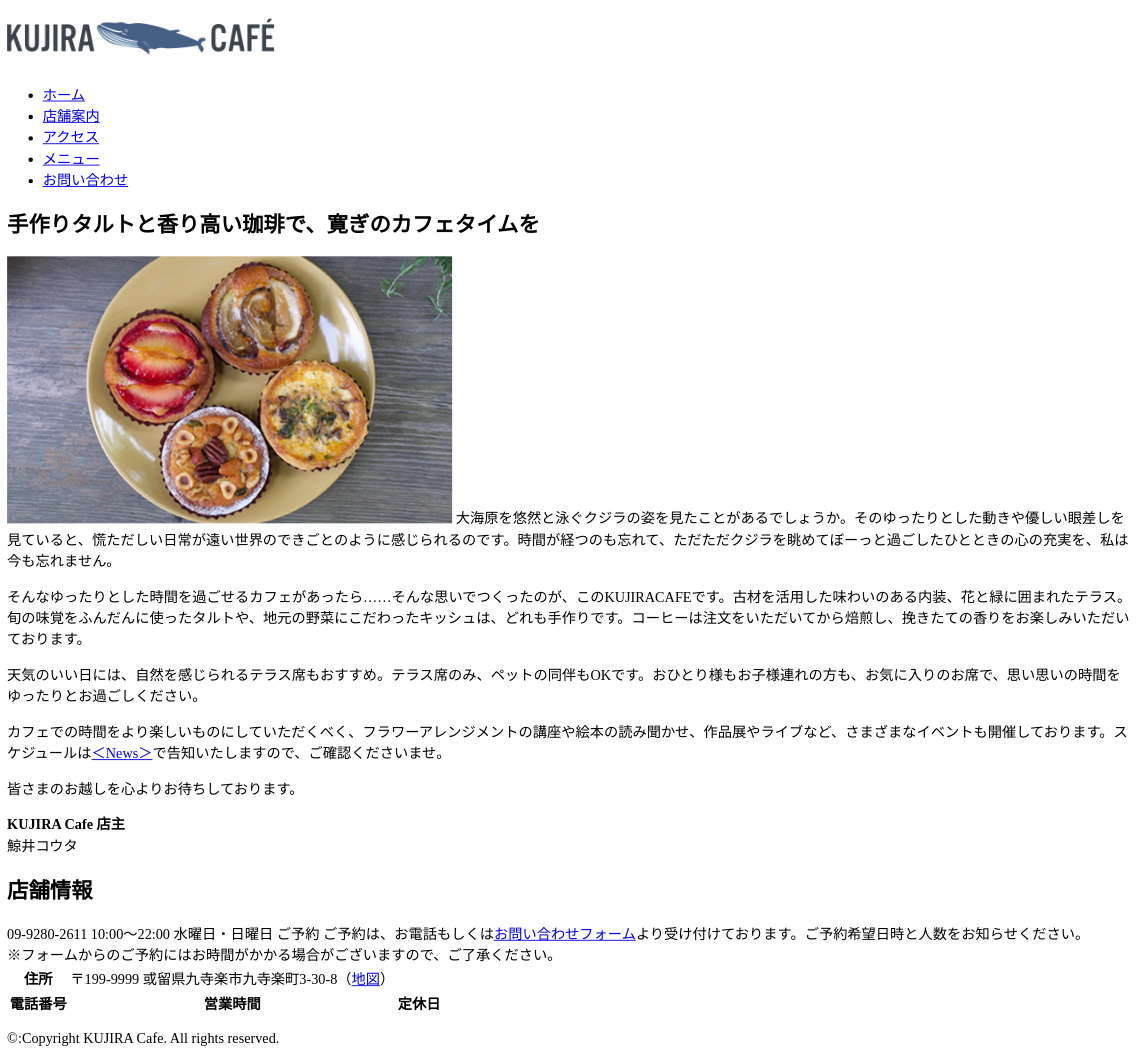
Repository: U-dias/work3
Page: cafe/about.html
The author's editor kept a record of every edit. The page is drawn from the files as they stood at one moment, then again after the next edit.
The browser window is 1280 px wide. The pictures show the whole page, at 89% of full size.

Above is the page before.

### cafe/about.html
<!doctype html>
<html>
  <head>
  <meta charset="utf-8">
  <title>KUJIRA Cafeについて | KUJIRA Cafe</title>
  </head>
  <body>
    <div class="wrapper">
      <!--ヘッダー-->
        <header class="hearder">
          <h1 class="logo"> <a href="index.html"><img src="images/logo.png" alt="KUJIRA Cafe"></a></h1>
          <nav class="nav">
              <ul>
                <li><a href="index.html">ホーム</a></li>
                <li><a href="about.html">店舗案内</a></li>
                <li><a href="access,html">アクセス</a></li>
                <li><a href="menu.html">メニュー</a></li>
                <li><a href="contact.html">お問い合わせ</a></li>

              </ul>
          </nav>
        </header>
        <!--ヘッダーここまで-->
        <!--メイン-->

        <main>
          <h2>手作りタルトと香り高い珈琲で、寛ぎのカフェタイムを</h2>
          <p><img src="images/about-photo.jpg" alt="タルトの写真">
          大海原を悠然と泳ぐクジラの姿を見たことがあるでしょうか。そのゆったりとした動きや優しい眼差しを見ていると、慌ただしい日常が遠い世界のできごとのように感じられるのです。時間が経つのも忘れて、ただただクジラを眺めてぼーっと過ごしたひとときの心の充実を、私は今も忘れません。</p>
          <p>
            そんなゆったりとした時間を過ごせるカフェがあったら……そんな思いでつくったのが、このKUJIRACAFEです。古材を活用した味わいのある内装、花と緑に囲まれたテラス。旬の味覚をふんだんに使ったタルトや、地元の野菜にこだわったキッシュは、どれも手作りです。コーヒーは注文をいただいてから焙煎し、挽きたての香りをお楽しみいただいております。</p>
          <p>天気のいい日には、自然を感じられるテラス席もおすすめ。テラス席のみ、ペットの同伴もOKです。おひとり様もお子様連れの方も、お気に入りのお席で、思い思いの時間をゆったりとお過ごしください。</p>
          <p>カフェでの時間をより楽しいものにしていただくべく、フラワーアレンジメントの講座や絵本の読み聞かせ、作品展やライブなど、さまざまなイベントも開催しております。スケジュールは<a href="index.html#news">＜News＞</a>で告知いたしますので、ご確認くださいませ。</p>
          <p>皆さまのお越しを心よりお待ちしております。</p>

          <p><strong>KUJIRA Cafe 店主</strong><br>
          鯨井コウタ</p>


          <h2>店舗情報</h2>
          <table>
            <tr>
              <th>住所</th>
              <td>〒199-9999 或留県九寺楽市九寺楽町3-30-8（<a href="access.html">地図</a>）</td>

            </tr>
            <tr>
            <th>電話番号</th>
09-9280-2611

<th>営業時間</th>
10:00～22:00

<th>定休日</th>
水曜日・日曜日

ご予約
ご予約は、お電話もしくは<a href="contact.html">お問い合わせフォーム</a>より受け付けております。ご予約希望日時と人数をお知らせください。<br>
※フォームからのご予約にはお時間がかかる場合がございますので、ご了承ください。</tr>

          </table>

      </main>
      <!--メインここまで-->
      <!--フッター-->
      <footer class="footer">
        <p>&copy:Copyright KUJIRA Cafe. All rights reserved.</p>
      </footer>
      <!--フッターここまで-->
</div>
  </p>
  </body>
</html>

After the next edit:
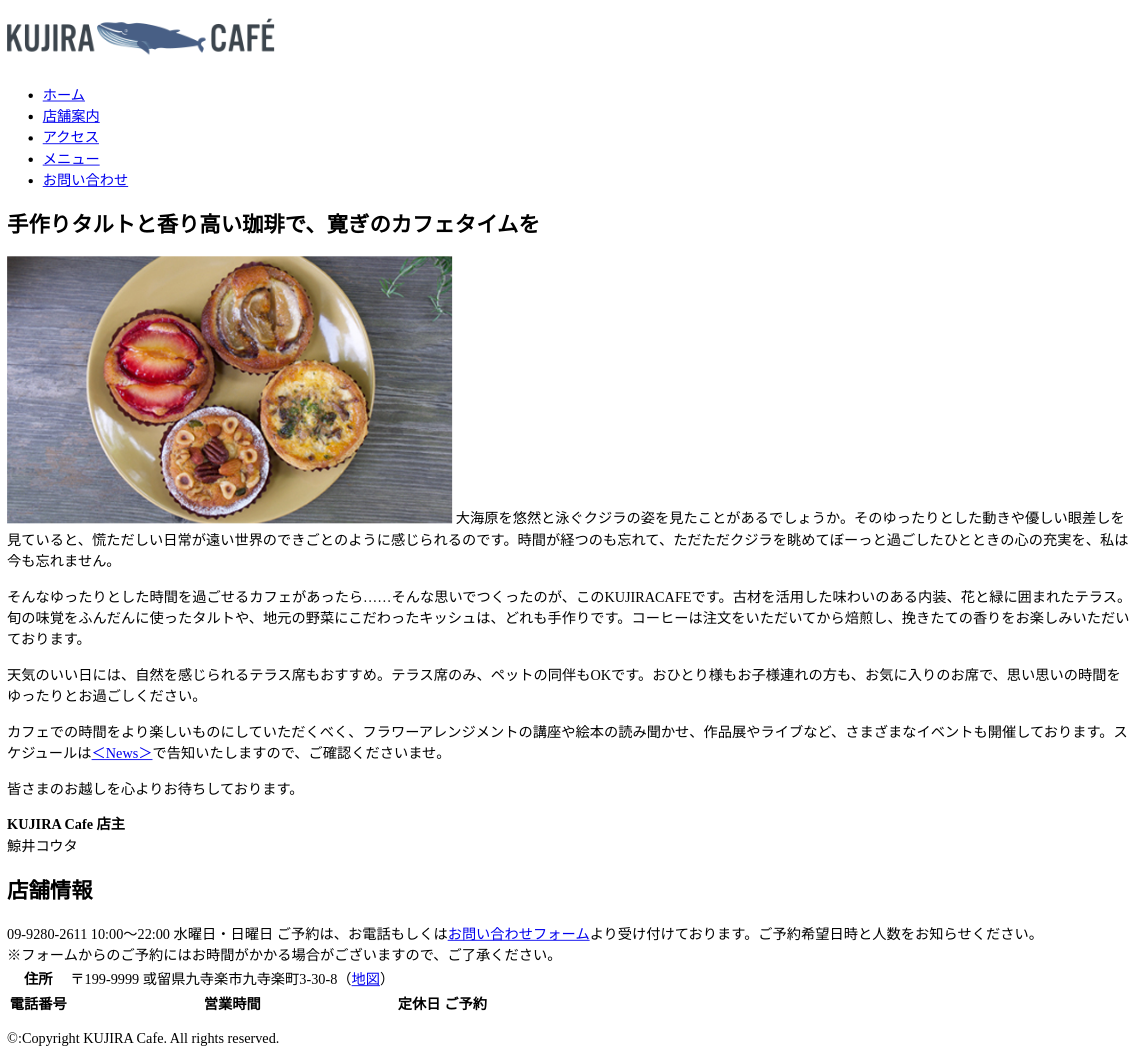
The edit:
--- a/cafe/about.html
+++ b/cafe/about.html
@@ -54,7 +54,7 @@
 <th>定休日</th>
 水曜日・日曜日
 
-ご予約
+<th>ご予約</th>
 ご予約は、お電話もしくは<a href="contact.html">お問い合わせフォーム</a>より受け付けております。ご予約希望日時と人数をお知らせください。<br>
 ※フォームからのご予約にはお時間がかかる場合がございますので、ご了承ください。</tr>
 
